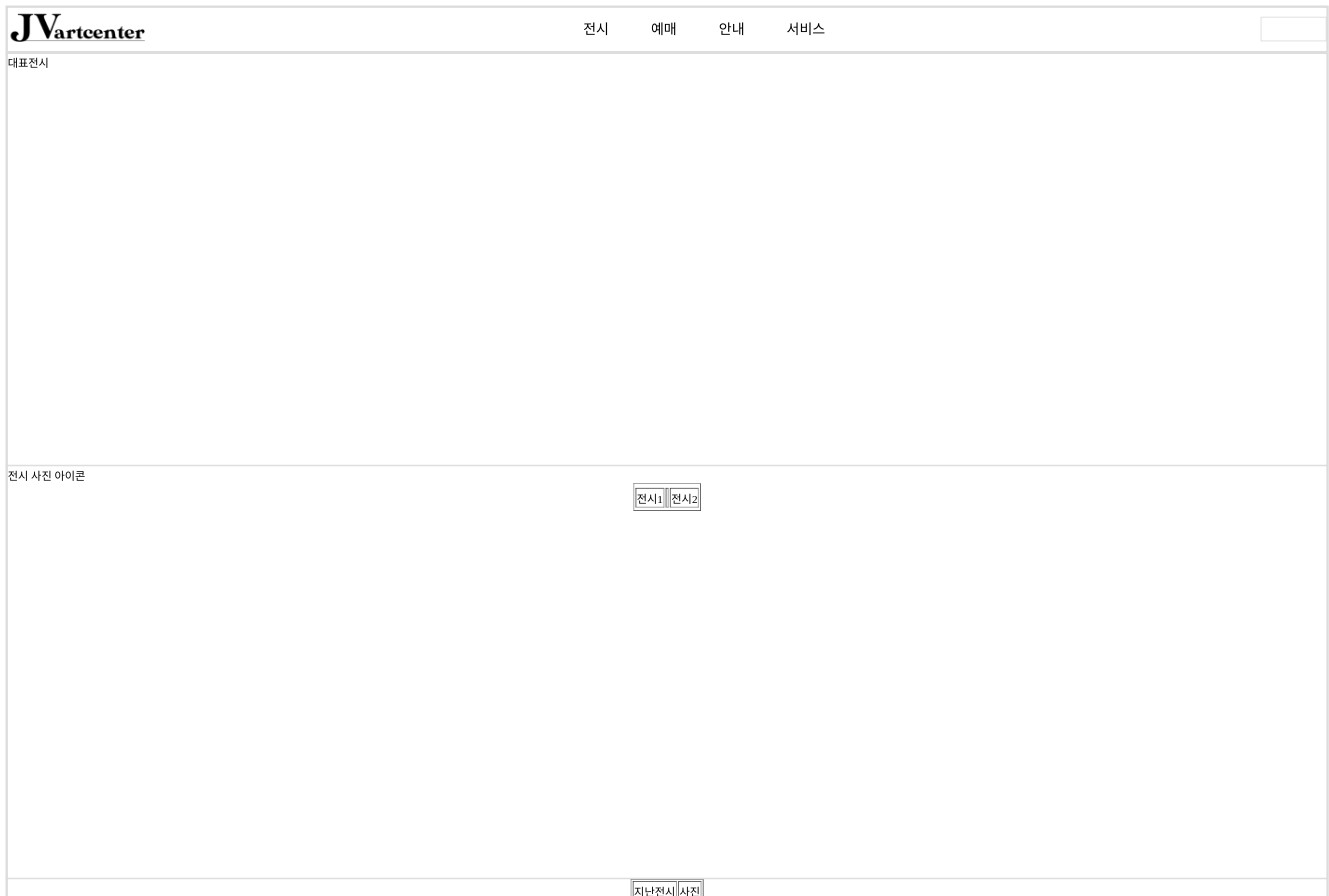
Repository: pshysd/SEMI_PROJECT
Page: http://localhost/JVArtCenter/
An editor plug-in stored every save of this project. The page is shown before and after the next save, followed by the edit.
The browser window is 1280 px wide. The page is 1898 px wide, so the pictures cover 1898 px, including what lies to the right of the window. The pictures show the part of the page from y = 0 to 1280 px (the page is 3296 px tall), at 70% of full size.
The page is served by Tomcat 9. Nobody is signed in. The application's start-up code is not run. Other server files are loaded and not shown.

Above is the page before, as saved 2022-10-21 11:12:31.

### JVArtCenter/WebContent/index.jsp
<%@ page language="java" contentType="text/html; charset=UTF-8"
    pageEncoding="UTF-8"%>
<%
	String contextPath = request.getContextPath();
%>
<!DOCTYPE html>
<html>
<head>
<meta charset="UTF-8">
<title>JV Art Center</title>
<style>
      .wrap {
        width: 1890px;
        height: 3280px;
      }

      div {
        border: 1px solid lightgray;
        box-sizing: border-box;
      }

      #header {
        height: 2%;
      }

      #body {
        margin: 0;
        font-family: "Nanum Gothic Coding", monospace;
      }

      a {
        text-decoration: none;
        color: black;
      }

      #search,
      #user,
      #calender {
        padding: 10px 12px;
      }

      #navbar {
        display: flex;
        justify-content: space-between;
        align-items: center;
        box-sizing: border-box;
        height: 100%;
      }

      #navbar_menu a {
        display: block;
        line-height: 35px;
      }

      #navbar_icons {
        font-size: 20px;
        display: flex;
        padding: 5px 10px;
      }

      #navbar_menu {
        display: flex;
        list-style: none;
        padding-left: 0;
        font-size: large;
        position: relative;
      }

      #navbar_menu > li {
        padding: 5px 30px;
        font-size: 20px;
        position: static;
      }

      #navbar_logo {
        list-style: none;
        padding: 0px;
      }

      /* 서브메뉴를 담당하는 ul 태그에 대한 스타일 */
      #navbar_menu > li > ul {
        list-style-type: none;
        padding: 0px;
        display: none; /* 평소에는 안보여주다가 마우스가 올라가는 순간 보여지게끔 */
        position: absolute;
      }

      /* 메인메뉴에 마우스가 올라가는 순간 서브메뉴가 펼쳐져서 보이게끔 */
      #navbar_menu > li > a:hover + ul {
        display: block; /* 메인메뉴에만 마우스가 올라갔을때만 유지됨 */
        background-color: beige;
      }

      /* 서브메뉴에도 마우스가 올라갈 때 펼쳐진게 유지될 수 있게끔 */
      #navbar_menu > li > ul:hover {
        display: block;
        background-color: beige;
      }

      /* 서브메뉴 글씨만 좀 더 작게 보이게끔 */
      #navbar_menu > li > ul a {
        font-size: 15px;
      }

      #navbar_menu > li > ul a:hover {
        font-size: 18px;
      }

      #content {
        height: 90%;
      }

      #main-content1,
      #main-content2,
      #main-content3,
      #main-content4,
      #main-content5 {
        height: 20%;
      }

      #footer {
        height: 8%;
        background-color: black;
        color: white;
      }

      #footer > p {
        padding: 10px;
        box-sizing: border-box;
      }

      #footer_etc {
        padding: 10px;
      }

      #footer_etc a {
        text-decoration: none;
        color: white;
      }
    </style>
</head>
<body>
    <div class="wrap">
      <div id="header">
        <!--헤더영역-->

        <div id="navbar">
          <ul id="navbar_logo">
            <li>
              <a href=""><img src="resources/image/logo.png" width="200px"></a>
            </li>
          </ul>

          <ul id="navbar_menu">
            <li>
              <a href="">전시</a>
              <ul>
                <li><a href="">현재전시</a></li>
                <li><a href="">지난전시</a></li>
                <li><a href="">오픈예정</a></li>
              </ul>
            </li>
            <li>
              <a href="<%= contextPath %>/step1.rsv">예매</a>
              <ul>
                <li><a href="">전시예매</a></li>
              </ul>
            </li>
            <li>
              <a href="">안내</a>
              <ul>
                <li><a href="">JV소개</a></li>
                <li><a href="">전시관 안내</a></li>
              </ul>
            </li>
            <li>
              <a href="">서비스</a>
              <ul>
                <li><a href="">공지사항</a></li>
                <li><a href="">FAQ</a></li>
                <li><a href="">1:1문의</a></li>
                <li><a href="">뉴스레터</a></li>
              </ul>
            </li>
          </ul>
          <div id="navbar_icons">
            <a href=""
              ><i id="search" class="fa-solid fa-magnifying-glass"></i
            ></a>
            <a href=""
              ><i id="calender" class="fa-regular fa-calendar-days"></i
            ></a>
            <a href=""><i id="user" class="fa-regular fa-user"></i></a>
          </div>
        </div>
      </div>

      <div id="content">
        <div id="main-content1">대표전시</div>

        <div id="main-content2">
          <table border="1" style="margin: auto">
            <tr id="table2">
              전시
            </tr>
            <tr></tr>
            <tr id="table3">
              사진
              <td>전시1</td>
              <td></td>
              <td>전시2</td>
            </tr>
            <tr table="table4">
              아이콘
            </tr>
          </table>
        </div>

        <div id="main-content3">
          <table border="1" style="margin: auto">
            <tr>
              <td>지난전시</td>
              <td>사진</td>
            </tr>
            <tr>
              <td>오픈예정</td>
              <td>사진</td>
            </tr>
          </table>
        </div>
        <div id="main-content4">
          <table border="1" style="margin: auto">
            <tr>
              <td colspan="3">뉴스레터</td>
            </tr>
            <tr>
              <td>사진</td>
              <td>왼쪽사진1</td>
              <td>왼쪽사진2</td>
            </tr>
            <tr>
              <td>제목</td>
              <td rowspan="2">사진3</td>
              <td rowspan="2">사진4</td>
            </tr>
            <tr>
              <td>내용</td>
            </tr>
          </table>
        </div>

        <div id="main-content5">
          <table border="1" style="margin: auto">
            <tr>
              <td>공간</td>
              <td>공지사항</td>
              <td>더보기</td>
            </tr>
            <tr>
              <td rowspan="2">공간내용</td>
              <td colspan="2">공지사항1</td>
            </tr>
            <tr>
              <td colspan="2">공지사항2</td>
            </tr>
            <tr>
              <td>더보기</td>
              <td colspan="2">공지사항3</td>
            </tr>
          </table>
        </div>
      </div>

      <div id="footer">
        <!--푸터-->
        <div id="footer_etc">
          <a href="">개인정보처리방침</a> |
          <a href="">이용약관</a>
        </div>
        <p>
            JV 아트센터<br />
            서울특별시 영등포구 선유동2로 57 이레빌딩(구관) 19F, 20F<br /><br />

            Tel 1544-9970<br />

            © 2022 KH Arts Center All right reserved.
        </p>
      </div>
    </div>
  </body>
</html>

After the next save:
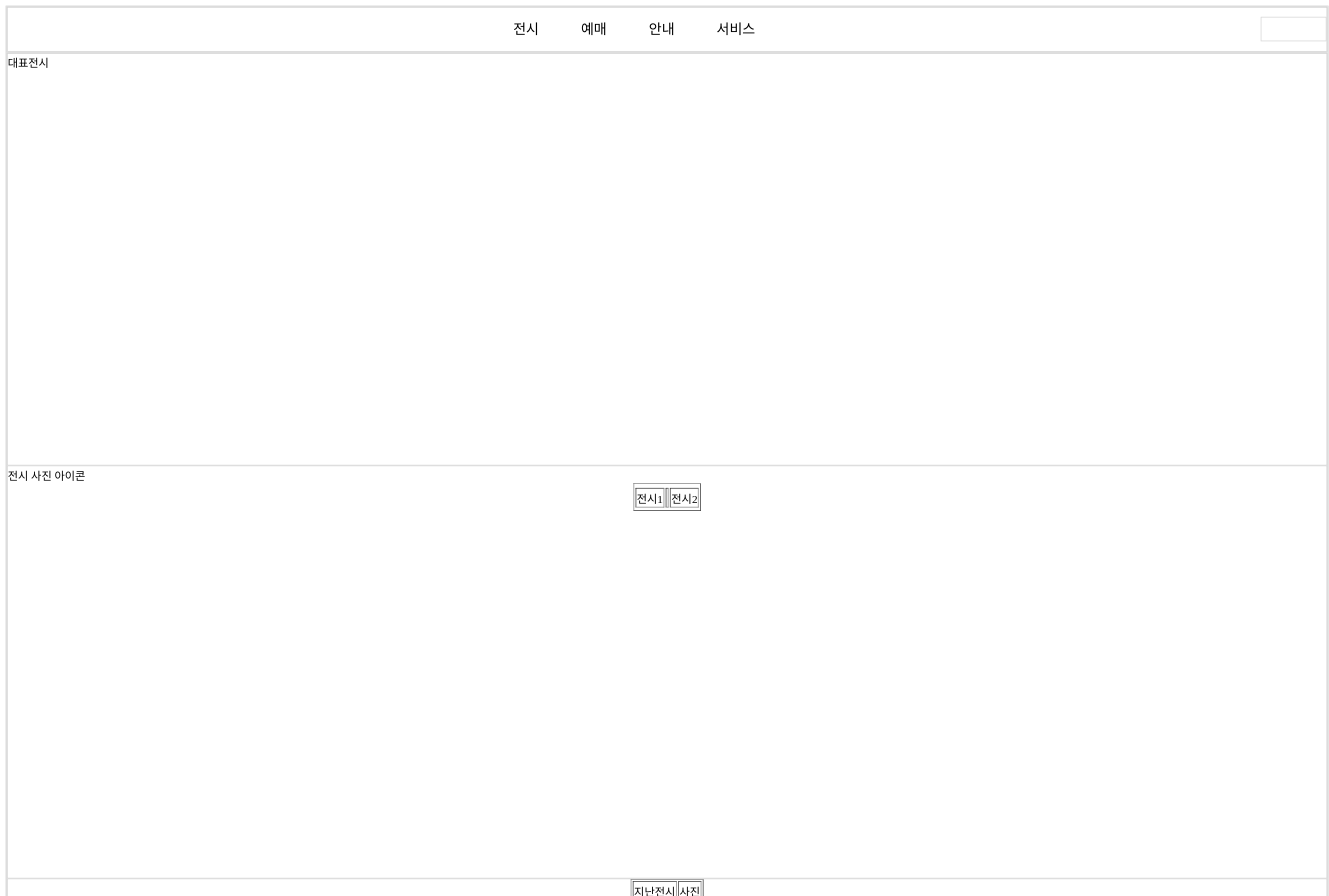
Saved 25 s later.
--- a/JVArtCenter/WebContent/index.jsp
+++ b/JVArtCenter/WebContent/index.jsp
@@ -147,7 +147,7 @@
         <div id="navbar">
           <ul id="navbar_logo">
             <li>
-              <a href=""><img src="resources/image/logo.png" width="200px"></a>
+              <a href=""><img src=""></a>
             </li>
           </ul>
 
